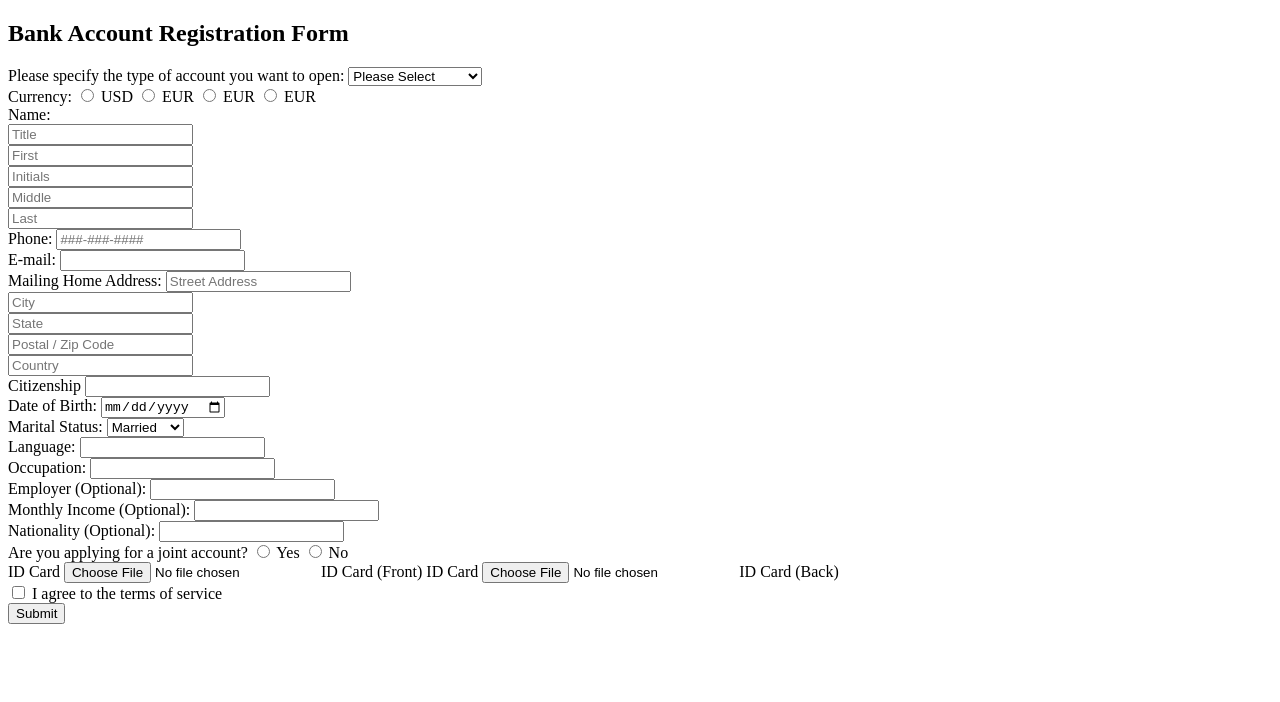
Repository: hizeetech/First-Assignment
Page: sign_up.html
An editor plug-in stored every save of this project. The page is shown before and after a run of saves, followed by the edit.
The browser window is 1280 px wide. The pictures show the whole page.

Above is the page before, as saved 2024-11-09 02:32:06.

After the next 4 saves:
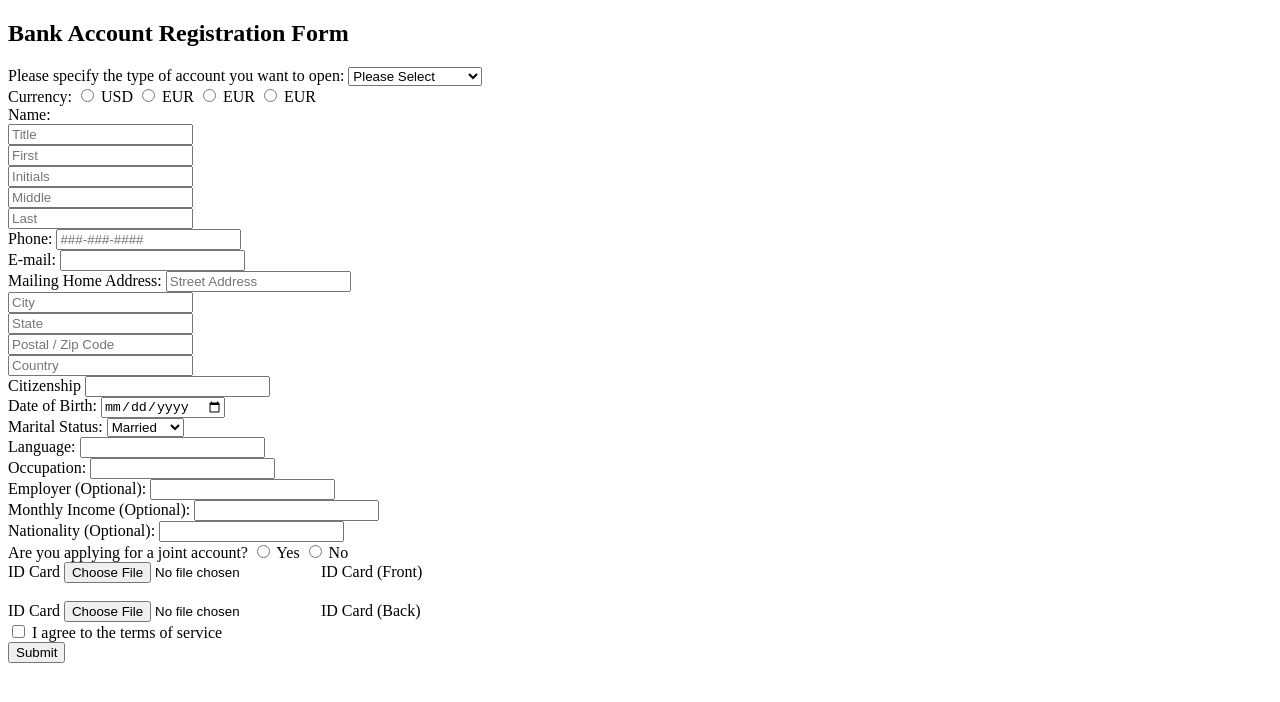
The 4 saves are shown as one change because they came seconds apart.
The last was saved 36 s later.
--- a/sign_up.html
+++ b/sign_up.html
@@ -109,7 +109,7 @@
         <div>
             <label>ID Card</label>
             <input type="file" accept="image/png, image/jpg, image/jpeg, image/webp, image/gif">
-            <label for="id-card">ID Card (Front)</label>
+            <label for="id-card">ID Card (Front)</label><br><br>
             <label>ID Card</label>
             <input type="file" accept="image/png, image/jpg, image/jpeg, image/webp, image/gif">
             <label for="id-card">ID Card (Back)</label>
